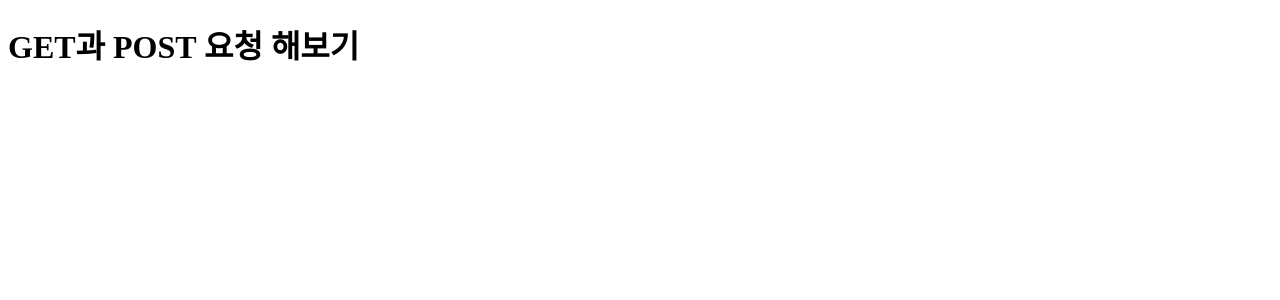
Repository: joeunpyeong/javaA
Page: 01.HelloJspServlet/src/main/webapp/getpost.html
These files come from the project's save history. The page is drawn as it stood at one moment and after the next save; the edit follows.
The browser window is 1280 px wide. The pictures show the whole page.

Above is the page before, as saved 2023-05-18 01:56:11.

After the next save:
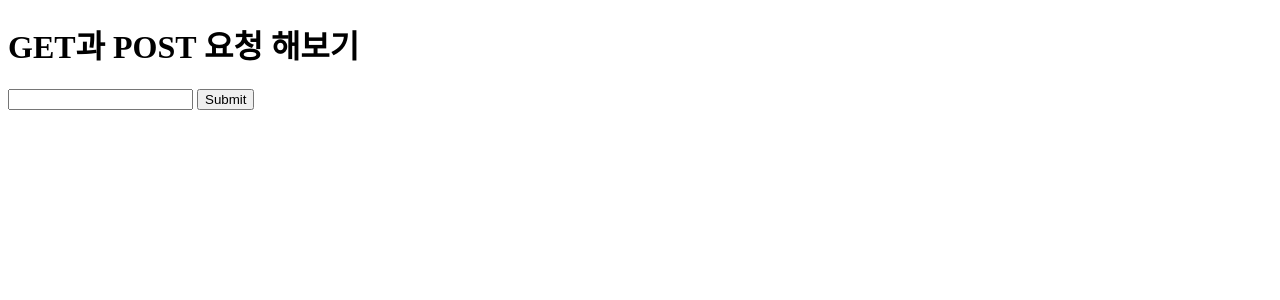
Saved 2 min 57 s later.
--- a/01.HelloJspServlet/src/main/webapp/getpost.html
+++ b/01.HelloJspServlet/src/main/webapp/getpost.html
@@ -8,6 +8,8 @@
 	<h1>GET과 POST 요청 해보기</h1>
 	<!-- text값을 요청할 수 있는 폼태그 하나 만들고 요청해보기.(Submit) -->
 	<form action="http://192.168.0.116:8080/jep/Ex02_Servlet">
+		<input type="text" name="txt1" id="txt2">
+		<input type="submit">
 	</form>
 
 
